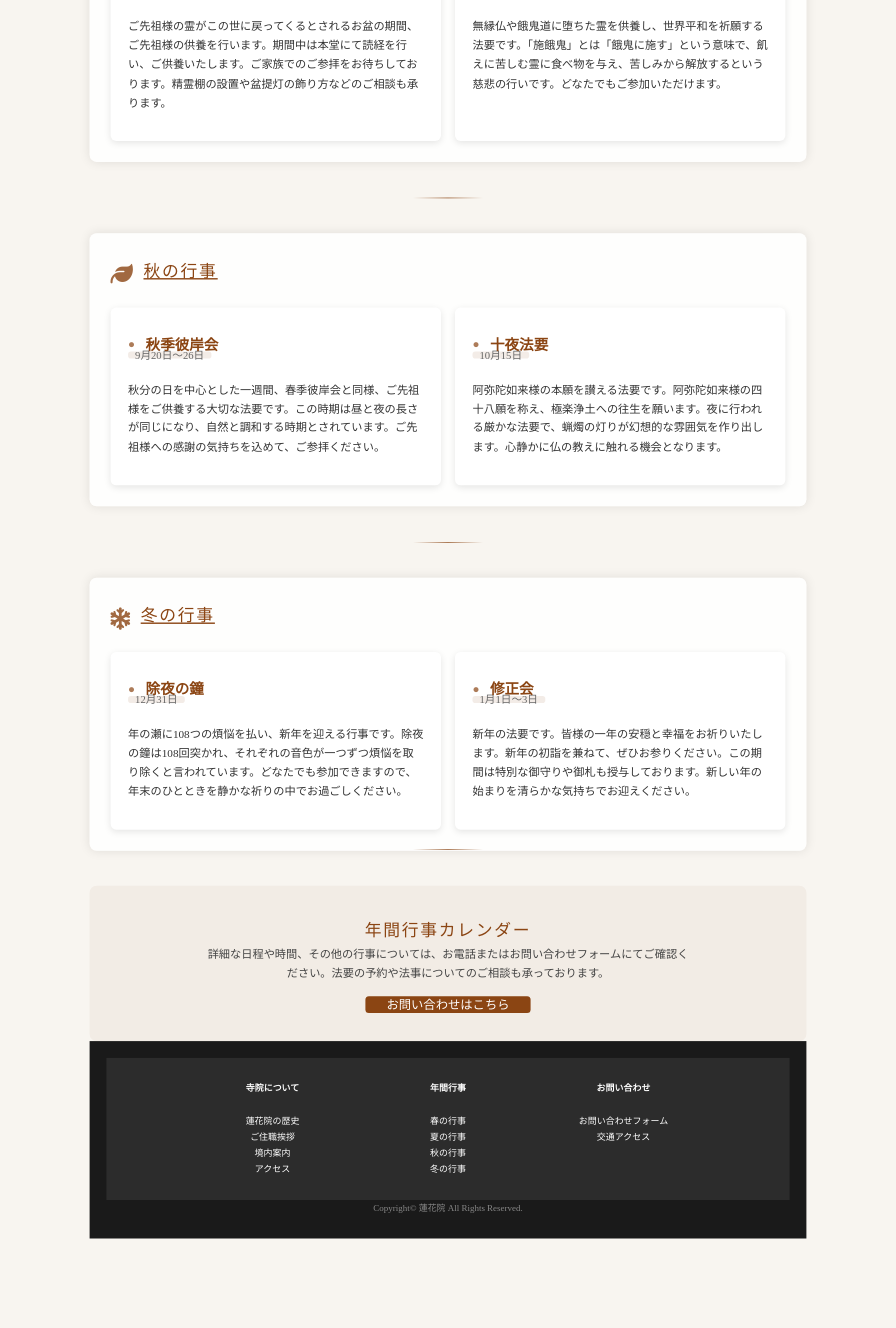
Repository: owl-onoueip/rengein-website
Page: events.html
An editor plug-in stored every save of this project. The page is shown before and after the next save, followed by the edit.
The browser window is 1280 px wide. The pictures show the part of the page from y = 1286 to 3206 px (the page is 3183 px tall before and 3206 px after), at 70% of full size.
Some web fonts or font styles are not loaded; a fallback is used.

Above is the page before, as saved 2025-03-10 10:32:26.

### events.html
<!DOCTYPE html>
<html lang="ja">

<head>
    <meta charset="UTF-8">
    <title>年間行事 - 真言宗智山派 蓮花院</title>
    <meta name="viewport" content="width=device-width, initial-scale=1">
    <meta name="description" content="蓮花院の年間行事のご案内です。春夏秋冬の法要や行事についてご紹介しています。">
    <link rel="stylesheet" href="css/style.css">
    <link rel="stylesheet" href="https://cdnjs.cloudflare.com/ajax/libs/font-awesome/6.4.0/css/all.min.css">
    <style>
        /* メニューボタンのスタイル */
        #menubar_hdr {
            display: block !important;
            position: fixed !important;
            z-index: 9999 !important;
            top: 10px !important;
            right: 10px !important;
            width: 80px !important;
            height: 80px !important;
            background: #fff !important;
            border: 2px solid #8b4513 !important;
            border-radius: 4px !important;
            box-shadow: 0 0 5px rgba(0, 0, 0, 0.2) !important;
            cursor: pointer !important;
            transition: all 0.3s ease !important;
        }

        #menubar_hdr:hover {
            background-color: rgba(139, 69, 19, 0.1) !important;
            transform: translateY(-3px) !important;
            box-shadow: 0 5px 10px rgba(0, 0, 0, 0.2) !important;
        }

        .menu-icon {
            width: 50px !important;
            height: 50px !important;
            position: absolute !important;
            top: 50% !important;
            left: 50% !important;
            transform: translate(-50%, -50%) !important;
        }

        .menu-icon span {
            display: block !important;
            position: absolute !important;
            width: 100% !important;
            height: 4px !important;
            background-color: #8b4513 !important;
            border-radius: 4px !important;
            transition: all 0.3s ease !important;
        }

        .menu-icon span:nth-child(1) {
            top: 15px !important;
        }

        .menu-icon span:nth-child(2) {
            width: 70% !important;
            bottom: 15px !important;
        }

        #menubar_hdr:hover .menu-icon span:nth-child(2) {
            width: 100% !important;
        }

        /* 年間行事ページのスタイル */
        .events-intro {
            text-align: center;
            max-width: 800px;
            margin: 0 auto 40px;
            background: rgba(255, 255, 255, 0.9);
            padding: 25px;
            border-radius: 10px;
            box-shadow: 0 0 15px rgba(0, 0, 0, 0.1);
        }

        .events-intro p {
            font-size: 1.1em;
            line-height: 1.8;
            margin-bottom: 15px;
        }

        .season-section {
            margin-bottom: 50px;
            padding: 30px;
            background: rgba(255, 255, 255, 0.9);
            border-radius: 10px;
            box-shadow: 0 0 15px rgba(0, 0, 0, 0.1);
        }

        .season-header {
            display: flex;
            align-items: center;
            margin-bottom: 20px;
        }

        .season-icon {
            font-size: 2em;
            color: #8b4513;
            margin-right: 15px;
            opacity: 0.8;
        }

        .season-section h3 {
            color: #8b4513;
            border-bottom: 2px solid #8b4513;
            padding-bottom: 10px;
            margin-bottom: 20px;
            font-size: 1.5em;
        }

        .event-list {
            display: grid;
            grid-template-columns: repeat(auto-fit, minmax(300px, 1fr));
            gap: 20px;
            margin-top: 20px;
        }

        .event-item {
            background: #fff;
            padding: 25px;
            border-radius: 8px;
            box-shadow: 0 3px 10px rgba(0, 0, 0, 0.1);
            transition: transform 0.3s ease, box-shadow 0.3s ease;
        }

        .event-item:hover {
            transform: translateY(-5px);
            box-shadow: 0 5px 15px rgba(0, 0, 0, 0.15);
        }

        .event-item h4 {
            color: #8b4513;
            margin-bottom: 10px;
            font-size: 1.3em;
            position: relative;
            padding-left: 25px;
        }

        .event-item h4:before {
            content: "●";
            position: absolute;
            left: 0;
            color: #8b4513;
            opacity: 0.7;
            font-size: 0.8em;
        }

        .event-date {
            color: #666;
            font-size: 0.95em;
            margin-bottom: 15px;
            padding: 5px 10px;
            background: rgba(139, 69, 19, 0.1);
            border-radius: 4px;
            display: inline-block;
        }

        .event-item p {
            line-height: 1.7;
            color: #333;
        }

        .calendar-section {
            background-color: rgba(139, 69, 19, 0.05);
            padding: 40px 0;
            margin-top: 40px;
            text-align: center;
            border-radius: 10px;
        }

        .calendar-section h3 {
            color: #8b4513;
            margin-bottom: 20px;
            font-size: 1.5em;
        }

        .calendar-section p {
            max-width: 700px;
            margin: 0 auto 20px;
            line-height: 1.7;
        }

        .contact-button {
            display: inline-block;
            background-color: #8b4513;
            color: #fff;
            padding: 12px 30px;
            border-radius: 5px;
            text-decoration: none;
            font-size: 1.1em;
            transition: all 0.3s ease;
        }

        .contact-button:hover {
            background-color: #6d3610;
            transform: translateY(-3px);
            box-shadow: 0 5px 15px rgba(0, 0, 0, 0.1);
        }

        @media screen and (max-width: 768px) {
            .event-list {
                grid-template-columns: 1fr;
            }

            .season-section {
                padding: 20px;
            }

            .events-intro {
                padding: 20px;
            }
        }
    </style>
</head>

<body>
    <div id="container">
        <header>
            <h1 id="logo"><a href="index.html"><img src="images/logo_tate.png" alt="蓮花院"></a></h1>
        </header>

        <div id="contents">
            <main>
                <h2>年間行事<span class="small">Annual Events</span></h2>

                <div class="events-intro">
                    <p>蓮花院では、年間を通じて様々な仏教行事や法要を執り行っております。これらの行事は仏教の教えに基づき、皆様の心の安らぎと成長を願って行われます。</p>
                    <p>どなたでもご参加いただけますので、お気軽にお越しください。詳細な日程や時間については、お電話またはお問い合わせフォームにてご確認ください。</p>
                </div>

                <section id="spring" class="season-section">
                    <div class="season-header">
                        <div class="season-icon">
                            <i class="fas fa-seedling"></i>
                        </div>
                        <h3>春の行事</h3>
                    </div>
                    <div class="event-list">
                        <div class="event-item">
                            <h4>春季彼岸会</h4>
                            <div class="event-date">3月18日〜24日</div>
                            <p>春分の日を中心とした一週間、ご先祖様をご供養する大切な法要です。彼岸とは、迷いの世界である此岸から、悟りの世界である彼岸へ渡ることを意味します。期間中は本堂にて読経を行い、ご先祖様の冥福をお祈りいたします。
                            </p>
                        </div>
                        <div class="event-item">
                            <h4>花まつり</h4>
                            <div class="event-date">4月8日</div>
                            <p>お釈迦様の誕生日を祝う行事です。甘茶の接待があり、お釈迦様の誕生仏に甘茶をかけて祝います。子どもたちも参加できる楽しい行事となっております。この日に参拝すると、一年の無病息災が約束されると言われています。
                            </p>
                        </div>
                    </div>
                </section>

                <section id="summer" class="season-section">
                    <div class="season-header">
                        <div class="season-icon">
                            <i class="fas fa-sun"></i>
                        </div>
                        <h3>夏の行事</h3>
                    </div>
                    <div class="event-list">
                        <div class="event-item">
                            <h4>お盆法要</h4>
                            <div class="event-date">8月13日〜16日</div>
                            <p>ご先祖様の霊がこの世に戻ってくるとされるお盆の期間、ご先祖様の供養を行います。期間中は本堂にて読経を行い、ご供養いたします。ご家族でのご参拝をお待ちしております。精霊棚の設置や盆提灯の飾り方などのご相談も承ります。
                            </p>
                        </div>
                        <div class="event-item">
                            <h4>施餓鬼会</h4>
                            <div class="event-date">8月15日</div>
                            <p>無縁仏や餓鬼道に堕ちた霊を供養し、世界平和を祈願する法要です。「施餓鬼」とは「餓鬼に施す」という意味で、飢えに苦しむ霊に食べ物を与え、苦しみから解放するという慈悲の行いです。どなたでもご参加いただけます。
                            </p>
                        </div>
                    </div>
                </section>

                <section id="autumn" class="season-section">
                    <div class="season-header">
                        <div class="season-icon">
                            <i class="fas fa-leaf"></i>
                        </div>
                        <h3>秋の行事</h3>
                    </div>
                    <div class="event-list">
                        <div class="event-item">
                            <h4>秋季彼岸会</h4>
                            <div class="event-date">9月20日〜26日</div>
                            <p>秋分の日を中心とした一週間、春季彼岸会と同様、ご先祖様をご供養する大切な法要です。この時期は昼と夜の長さが同じになり、自然と調和する時期とされています。ご先祖様への感謝の気持ちを込めて、ご参拝ください。
                            </p>
                        </div>
                        <div class="event-item">
                            <h4>十夜法要</h4>
                            <div class="event-date">10月15日</div>
                            <p>阿弥陀如来様の本願を讃える法要です。阿弥陀如来様の四十八願を称え、極楽浄土への往生を願います。夜に行われる厳かな法要で、蝋燭の灯りが幻想的な雰囲気を作り出します。心静かに仏の教えに触れる機会となります。
                            </p>
                        </div>
                    </div>
                </section>

                <section id="winter" class="season-section">
                    <div class="season-header">
                        <div class="season-icon">
                            <i class="fas fa-snowflake"></i>
                        </div>
                        <h3>冬の行事</h3>
                    </div>
                    <div class="event-list">
                        <div class="event-item">
                            <h4>除夜の鐘</h4>
                            <div class="event-date">12月31日</div>
                            <p>年の瀬に108つの煩悩を払い、新年を迎える行事です。除夜の鐘は108回突かれ、それぞれの音色が一つずつ煩悩を取り除くと言われています。どなたでも参加できますので、年末のひとときを静かな祈りの中でお過ごしください。
                            </p>
                        </div>
                        <div class="event-item">
                            <h4>修正会</h4>
                            <div class="event-date">1月1日〜3日</div>
                            <p>新年の法要です。皆様の一年の安穏と幸福をお祈りいたします。新年の初詣を兼ねて、ぜひお参りください。この期間は特別な御守りや御札も授与しております。新しい年の始まりを清らかな気持ちでお迎えください。
                            </p>
                        </div>
                    </div>
                </section>

                <section class="calendar-section">
                    <h3>年間行事カレンダー</h3>
                    <p>詳細な日程や時間、その他の行事については、お電話またはお問い合わせフォームにてご確認ください。法要の予約や法事についてのご相談も承っております。</p>
                    <a href="contact.html" class="contact-button">お問い合わせはこちら</a>
                </section>
            </main>
        </div>

        <footer>
            <div id="footermenu">
                <ul>
                    <li class="title">寺院について</li>
                    <li><a href="about.html#history">蓮花院の歴史</a></li>
                    <li><a href="about.html#message">ご住職挨拶</a></li>
                    <li><a href="about.html#temple-grounds">境内案内</a></li>
                    <li><a href="about.html#access">アクセス</a></li>
                </ul>
                <ul>
                    <li class="title">年間行事</li>
                    <li><a href="#spring">春の行事</a></li>
                    <li><a href="#summer">夏の行事</a></li>
                    <li><a href="#autumn">秋の行事</a></li>
                    <li><a href="#winter">冬の行事</a></li>
                </ul>
                <ul>
                    <li class="title">お問い合わせ</li>
                    <li><a href="contact.html#form">お問い合わせフォーム</a></li>
                    <li><a href="contact.html#access">交通アクセス</a></li>
                </ul>
            </div>
            <small>Copyright&copy; <a href="index.html">蓮花院</a> All Rights Reserved.</small>
        </footer>

        <div class="pagetop"><a href="#"><i class="fas fa-angle-double-up"></i></a></div>

        <!--ハンバーガーメニュー-->
        <a href="menu.html">
            <div id="menubar_hdr">
                <div class="menu-icon">
                    <span></span>
                    <span></span>
                </div>
            </div>
        </a>
    </div>

    <script src="https://ajax.googleapis.com/ajax/libs/jquery/3.6.0/jquery.min.js"></script>
    <script src="js/main.js"></script>
</body>

</html>

### css/inview.css
@charset "utf-8";



/*up,down,transform1,transform2の共通設定
（待機中の設定）
---------------------------------------------------------------------------*/
.up, .down, .transform1, .transform2 {
	position: relative;
	opacity: 0;		/*透明度（透明の状態）*/
}


/*up,down,transform1,transform2の共通設定
（要素が見えたら実行するアクションの設定）
---------------------------------------------------------------------------*/
.upstyle, .downstyle, .transform1style, .transform2style {
	opacity: 1;				/*透明度（色が100%出た状態）*/
	transition: 1s 0.5s;	/*1sはアニメーションの実行時間1.5秒。0.5sは0.5秒遅れてスタートする指定。*/
}


/*upスタイル。下から上にフェードインしてくるスタイル
---------------------------------------------------------------------------*/
/*待機中の設定*/
.up {
	bottom: -20px;	/*基準値の下20pxの場所からスタート*/
}

/*要素が見えたら実行するアクション*/
.upstyle {
	bottom: 0px;	/*基準値まで戻す*/
}


/*downスタイル。上から下にフェードインしてくるスタイル
---------------------------------------------------------------------------*/
/*待機中の設定*/
.down {
	top: -20px;	/*基準値の上20pxの場所からスタート*/
}

/*要素が見えたら実行するアクション*/
.downstyle {
	top: 0px;	/*基準値まで戻す*/
}


/*transform1スタイル。その場で回転するスタイル
---------------------------------------------------------------------------*/
/*待機中の設定*/
.transform1 {
	transform: scaleX(0);	/*幅を0%でスタート*/
}

/*要素が見えたら実行するアクション*/
.transform1style {
	transform: scaleX(1);	/*幅を100%に戻す*/
}


/*transform2スタイル。倒れた状態から起き上がるスタイル
---------------------------------------------------------------------------*/
/*待機中の設定*/
.transform2 {
	transform: perspective(400px) translateZ(-70px) rotateX(50deg);
}

/*要素が見えたら実行するアクション*/
.transform2style {
	transform: perspective(400px) translateZ(0px) rotateX(0deg);
}


/*blurスタイル。ぼかしで出現するスタイル。
---------------------------------------------------------------------------*/
/*待機中の設定*/
.blur {
	opacity: 0;	/*透明度（透明の状態）*/
	filter: blur(30px);
	transform: scale(1.03);
}

/*要素が見えたら実行するアクション*/
.blurstyle {
	opacity: 1;
	filter: blur(0);
	transform: scale(1);
	transition: 1s 0.5s;
}


/*transform3スタイル。小さなサイズから原寸大になるスタイル
---------------------------------------------------------------------------*/
/*キーフレーム（アニメーション）設定*/
@keyframes transform3 {
0% {
	transform: scale(0);
}
50% {
	transform: scale(1.05);
}
70% {
	transform: scale(0.99);
}
100% {
	transform: scale(1);
}
}

/*待機中の設定*/
.transform3 {
	transform: scale(0);
}

/*要素が見えたら実行するアクション*/
.transform3style {
	animation: transform3 0.8s ease-out 0.5s both;
}

Loaded but not shown: js/main.js (54 lines, source omitted); css/style.css (1465 lines, source omitted)

After the next save:
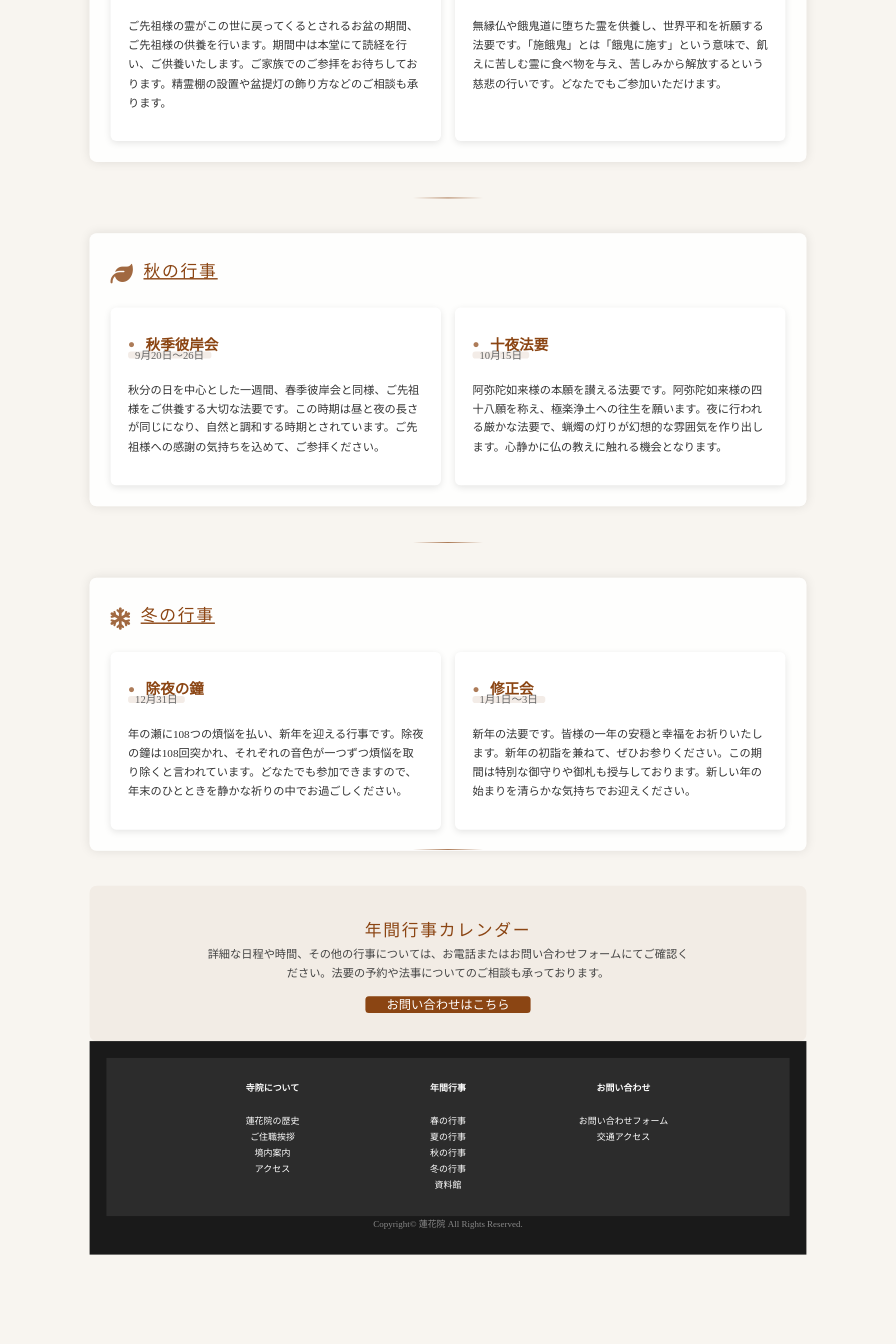
Saved 19 min 59 s later.
--- a/events.html
+++ b/events.html
@@ -345,6 +345,7 @@
                     <li><a href="#summer">夏の行事</a></li>
                     <li><a href="#autumn">秋の行事</a></li>
                     <li><a href="#winter">冬の行事</a></li>
+                    <li><a href="museum.html">資料館</a></li>
                 </ul>
                 <ul>
                     <li class="title">お問い合わせ</li>
